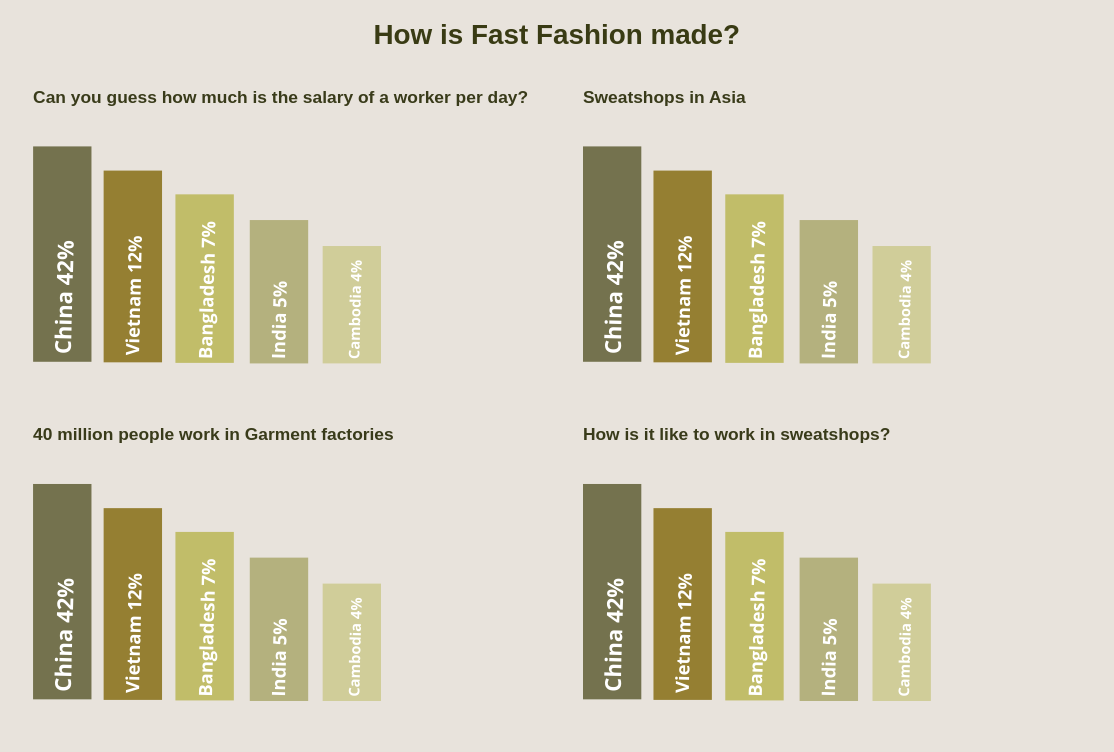
Repository: DevOfHockey/mdia-2190-midterm
Page: fashionlabor.html
The author's editor kept a copy of each file at every save. The page is drawn from the files as they stood at one save, then again after the next save.
The browser window is 1280 px wide. The pictures show the whole page, at 87% of full size.

Above is the page before, as saved 2022-03-01 21:33:15.
Console error: TypeError: Cannot set properties of null (setting 'src')

### fashionlabor.html
<!DOCTYPE html>
<html>
  <head>
    <title>Fashion Labor</title>
    <script src="comps/header.js"></script>
    <script src="comps/subheading.js"></script>
    <script src="comps/infobox.js"></script>
  </head>
  <!-- CSS STYLESHEET -->
  <style>
    body {
      background-color: #e8e3dc;
      font-family: Arial, Helvetica, sans-serif;
    }
    .Headings {
      text-align: center;
      font-family: Arial, Helvetica, sans-serif;
    }
    #info {
      display: grid;
      grid-template-columns: 2fr 2fr;
    }

</style>

<!-- HTML -->
<!-- Header -->
  <body>
  <div class="main"></div>
    <div class="Headings">
      <the-header
        name="Sample Header">
      </the-header>
      <the-subheading
        name="Sample Sub-heading">
      </the-subheading>
    </div>

<!-- Images with Info-->
    <div id="info">
      <div class="salary">
        <the-info
          name="Can you guess how much is the salary of a worker per day?">
        </the-info>
      </div>

      <div class="asia">
        <the-info
          name="Sweatshops in Asia">
        </the-info>
      </div>

      <div class="people">
        <the-info
          name="40 million people work in Garment factories">
        </the-info>
      </div>

      <div class="sweatshops">
        <the-info
          name="How is it like to work in sweatshops?">
        </the-info>
      </div>
    </div>
  </div>

  </body>
</html>

### comps/header.js
var template_header = document.createElement("template"); //<template> </template> RULE

//To-do - CREATE THE UI HERE!
template_header.innerHTML = `
<div class = "header">
<h1> How is Fast Fashion made? </h1>
</div>
<style>
h1 {
    color: #393b14;
}
</style>
`;

//MUST HAVE - CREATE A CLASS WITH HTMLELEMENT POWERS (interfaces/functionalities)
class TheHeader extends HTMLElement {

    //MUST HAVE - CREATE A CONSTRUCTOR TO DO INITAL ASSOCIATIONS
    constructor(){
        super(); //pass on the HTMLElement super powers!
        this.attachShadow({mode:"open"}) //Attach it to the shadowRoot

        //To-do - CREATE THE STATES FOR THE UI HERE!
    }

    //MUST HAVE - FUNCTION THAT RUNS AFTER IT'S CONNECTED
    connectedCallback(){
        this.shadowRoot.appendChild(template_header.content.cloneNode(true)); //use the template to make a clone
    }

    //To-do - CREATE THE FUNCTIONALITIES HERE!
}

//MUST HAVE - define the tag for the custom elements
customElements.define("the-header", TheHeader)

### comps/infobox.js
//MUST HAVE - CREATE A TEMPLATE TAG
var template_info = document.createElement("template"); //<template> </template> RULE

//To-do - CREATE THE UI HERE!
template_info.innerHTML = `
<div id = "info_cont">
<h3>Info Title<h3>
<img id='image' src='/imgs/sweatshopsgraph.svg' />
</div>

<style>
h3 {
    font-size: 20px;
    font-weight: bold;
    color: #393B1A;
    text-align: left;
    margin-left: 30px;
}

#image {
    width: 400px;
    height: 300px;
}
`;

//MUST HAVE - CREATE A CLASS WITH HTMLELEMENT POWERS (interfaces/functionalities)
class TheInfo extends HTMLElement {

    //MUST HAVE - CREATE A CONSTRUCTOR TO DO INITAL ASSOCIATIONS
    constructor(){
        super(); //pass on the HTMLElement super powers!
        this.attachShadow({mode:"open"}) //Attach it to the shadowRoot

        //To-do - CREATE THE STATES FOR THE UI HERE!
    }

    //MUST HAVE - FUNCTION THAT RUNS AFTER IT'S CONNECTED
    connectedCallback(){
        this.shadowRoot.appendChild(template_info.content.cloneNode(true)); //use the template to make a clone
        //console.log(this.getAttribute("name"))
        if(this.getAttribute("name"))
        this.shadowRoot.querySelector("#info_cont > h3").innerText = this.getAttribute("name");
        this.shadowRoot.querySelector("#info_cont > image").src = this.getAttribute("img");

    }

    //To-do - CREATE THE FUNCTIONALITIES HERE!
}

//MUST HAVE - define the tag for the custom elements
customElements.define("the-info", TheInfo)

Loaded but not shown: comps/subheading.js (no copy from this time; the picture is the same without it)

After the next save:
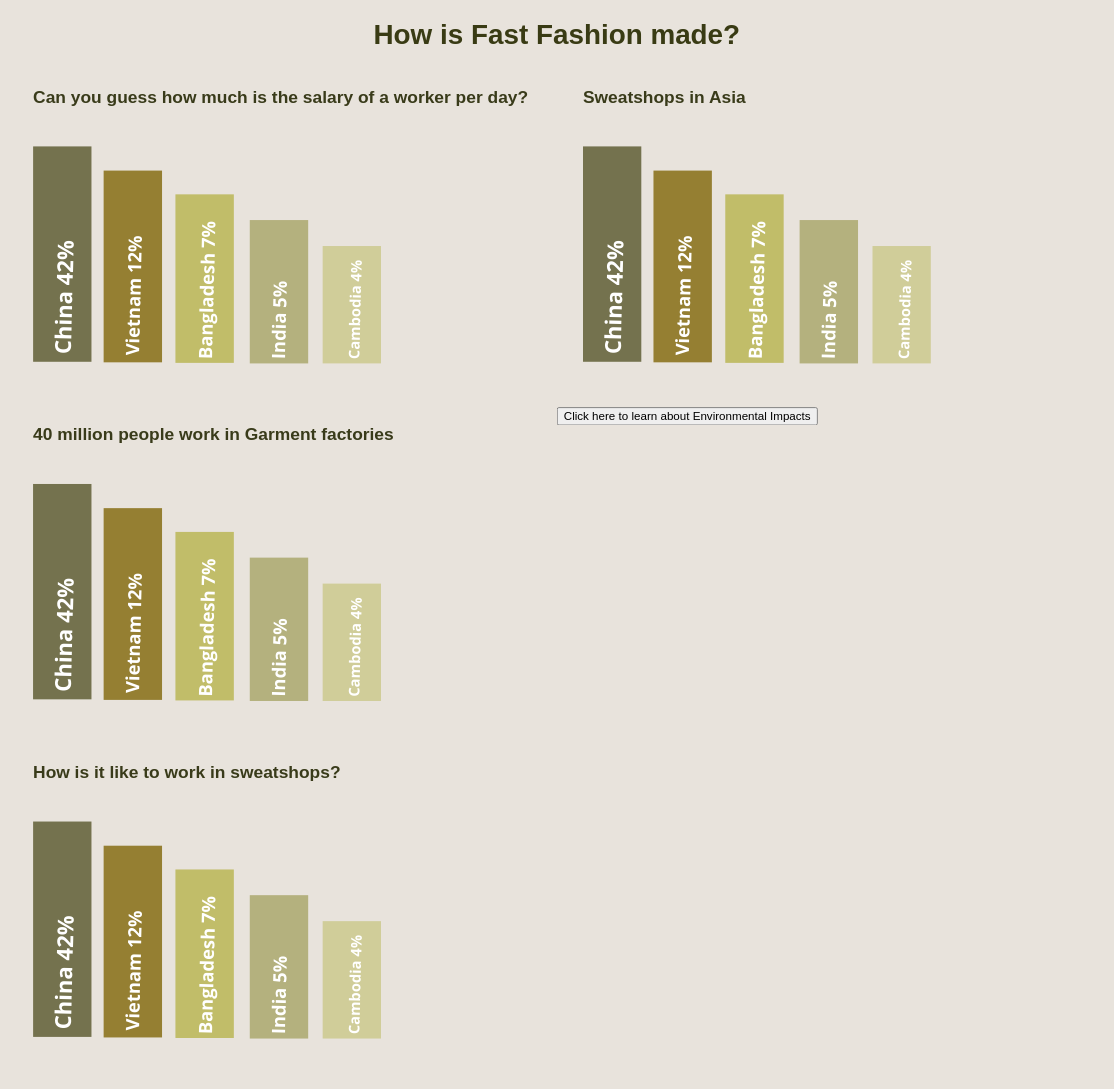
Saved 2 min 39 s later.
--- a/fashionlabor.html
+++ b/fashionlabor.html
@@ -56,6 +56,10 @@
         </the-info>
       </div>
 
+      <div class="environment">
+        <button>Click here to learn about Environmental Impacts</button>
+      </div>
+
       <div class="sweatshops">
         <the-info
           name="How is it like to work in sweatshops?">
